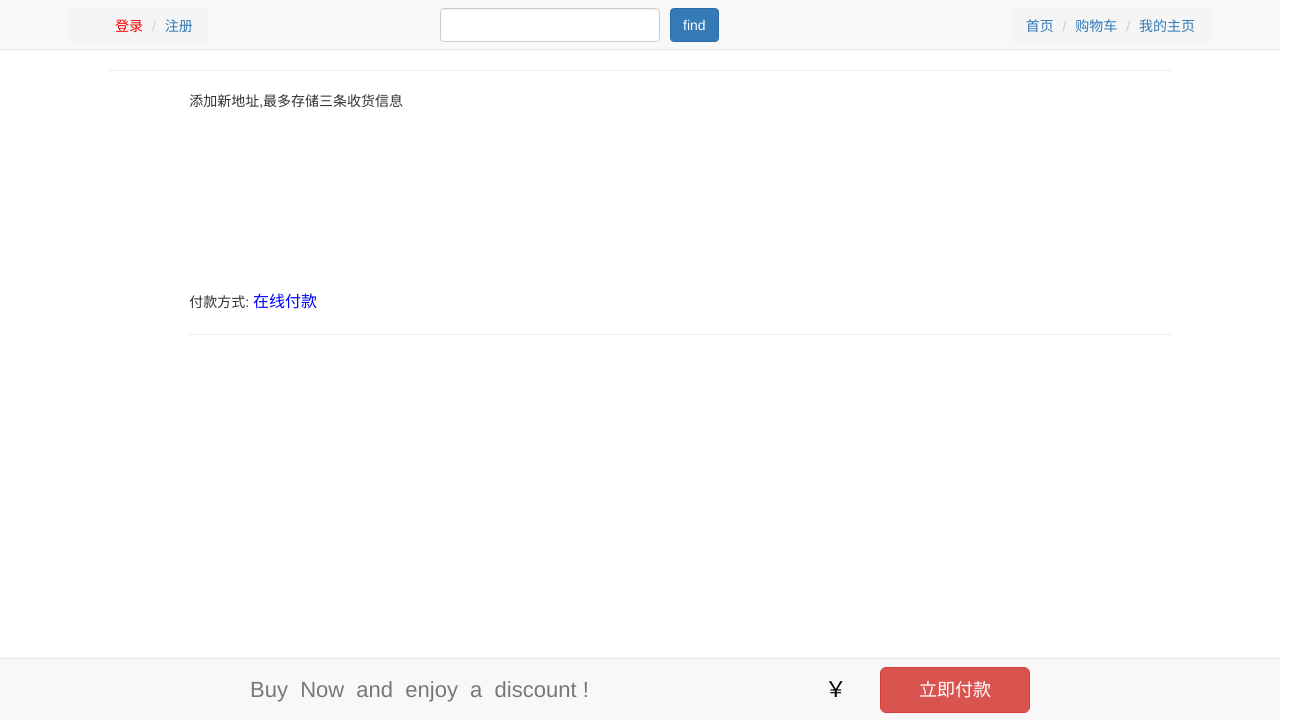
Repository: gaoKuoZqq/ExerciseJavaWebProject
Page: http://localhost/new_mall/WEB-INF/jsp/pay.jsp
An editor plug-in stored every save of this project. The page is shown before and after the next save, followed by the edit.
The browser window is 1280 px wide. The page is 1295 px wide, so the pictures cover 1295 px, including what lies to the right of the window. The pictures show the whole page.
The page is served by Tomcat 9. Nobody is signed in. Other server files are loaded and not shown. The template is opened directly, without the code that normally fills it, so the values that code supplies are empty.

Above is the page before, as saved 2017-10-21 06:54:30.

### new_mall/WebContent/WEB-INF/jsp/pay.jsp
<%@ page language="java" contentType="text/html; charset=utf-8"
    pageEncoding="utf-8"%>
<%@taglib uri="http://java.sun.com/jsp/jstl/core" prefix="c"%>
<%@ taglib uri="http://java.sun.com/jsp/jstl/functions" prefix="fn" %>
<c:set var="ctx" value="${pageContext.request.contextPath}"></c:set>
<!DOCTYPE html PUBLIC "-//W3C//DTD HTML 4.01 Transitional//EN" "http://www.w3.org/TR/html4/loose.dtd">
<html>
<head>
<meta http-equiv="Content-Type" content="text/html; charset=utf-8">
<title>商城首页</title>
</head>
<body style="padding-top: 50px;">
	<jsp:include page="common.jsp" />
	<div class="row">
		<!-- 左侧留出1个格子 -->
		<div class="col-md-1 col-sm-1"></div>
		<!-- 展示区域 开始-->
		<div class="col-md-10 col-sm-10">
			<hr/>
			<!-- 收货地址 -->
			<div style="height:40px; margin-left:80px;">
				<p>添加新地址,最多存储三条收货信息</p>
			</div>
			<div class="row" style="height:160px;width:100%">
			<div class="col-md-2 col-sm-2" ></div>
			<c:forEach items="${shippingsList }" var="shipping" varStatus="status">
			<c:if test="${status.count < 4 }">
				<div class="col-md-3 col-sm-3" style="height:100%;background-color: gray;margin:15px;padding:10px;">
					<div style="height:40%;width:80%">
						<p>${shipping.receiver_name }&nbsp;&nbsp;&nbsp;${shipping.receiver_mobile }</p>
					</div>
					<div style="height:30%;width:80%">
						<p>${shipping.receiver_province }&nbsp;&nbsp;${shipping.receiver_city }&nbsp;&nbsp;${shipping.receiver_district }</p>
					</div>
					<div style="height:30%;width:80%">
						<p>${shipping.receiver_address }</p>
					</div>
				</div>
			</c:if>
			</c:forEach>
			</div>
			<div style="height:50px; margin-left:80px;">
				<p>付款方式: <span style="color:blue;font-size: 16px;">在线付款</span></p>
				<hr/>
			</div>
			<!-- 购物车信息 -->
			<c:forEach items="${cartsList}" var="cart">
				<div class="row" style="height: 150px;" id="cartDiv${cart.id }">
					<div class="col-md-1 col-sm-1"></div>
					<div class="col-md-2 col-sm-2">
						<img src="/pic/${cart.product.main_image }"
							style="height: 150px; width: 100%">
					</div>
					<div class="col-md-3 col-sm-3" style="padding-top: 50px;">
						<a style="display: block; width: 100%;">${cart.product.name }</a>
					</div>
					<div class="col-md-1 col-sm-1"
						style="padding-top: 55px;">
						<p id="price${cart.id }" style="margin: auto;">${cart.product.price }</p>
					</div>
					<div class="col-md-2 col-sm-2" style="padding-top: 55px;">
						<p>￥${cart.quantity }/件</p>
					</div>
					<div class="col-md-2 col-sm-2"
						style="padding-top: 55px;" id="totalPrice${cart.id }">
						共￥${cart.product.price * cart.quantity }</div>
				</div>
				<hr />
			</c:forEach>
		</div>
		<!-- 展示区域 结束-->
		<!-- 右侧留出1个格子 -->
		<div class="col-md-1 col-sm-1"></div>
	</div>
	<!-- 底部的导航条开始 -->
	<nav class="navbar navbar-default navbar-fixed-bottom">
		<div class="container">
			<p class="navbar-text" style="font-size:22px;margin-left:180px;">
				Buy&nbsp;&nbsp;Now&nbsp;&nbsp;and&nbsp;&nbsp;enjoy&nbsp;&nbsp;a&nbsp;&nbsp;discount&nbsp;!
			</p>
			<button onclick="goAddOrder()" type="button" class="btn btn-danger btn-lg"
				style="float:right;margin-right:180px;margin-top:8px;width:150px;">立即付款</button>
			<p id="payment" class="navbar-text" style="font-size:22px; float:right; color:black;">￥${payment }&nbsp;&nbsp;&nbsp;</p>
		</div>
	</nav>
	<!-- 底部的导航条结束 -->
</body>
<script type="text/javascript">
</script>
</html>

### new_mall/WebContent/WEB-INF/jsp/common.jsp
<%@ page language="java" contentType="text/html; charset=utf-8"
    pageEncoding="utf-8"%>
<%@ page import="com.mall.*" %>
<%@page import="java.util.*"%>
<%@taglib uri="http://java.sun.com/jsp/jstl/core" prefix="c"%>
<c:set var="ctx" value="${pageContext.request.contextPath}"></c:set>
<!DOCTYPE html PUBLIC "-//W3C//DTD HTML 4.01 Transitional//EN" "http://www.w3.org/TR/html4/loose.dtd">
<html>
<head>
<meta http-equiv="Content-Type" content="text/html; charset=utf-8">
	<link href="${ctx }/resource/lib/bootstrap.min.css" rel="stylesheet" type="text/css" />
	<script src="${ctx }/resource/lib/jquery-3.2.1.min.js"></script>
	<script src="${ctx }/resource/lib/layer-v3.1.0/layer/layer.js"></script>
	<script src="${ctx }/resource/lib/bootstrap.min.js"></script>
</head>
<body>
	<nav class="navbar navbar-default navbar-fixed-top">
		<div class="container" style="height: 30px; margin: 8px auto 0px;">
			<ol class="breadcrumb" style="margin-top: 7px;  margin: auto; float: left;">
			<c:if test="${empty user }">
				<li style=";margin-left: 30px;"><a style="color:red" href="javaScript:openLogin()">登录</a></li>
				<li><a href="javaScript:openGoAddUser()">注册</a></li>
			</c:if>
			<c:if test="${not empty user }">
				<li><a style="color:red">${user.username }</a></li>
				<li><a href="javaScript:logOut()">注销</a></li>
			</c:if>
			</ol>
			<div style="position:absolute;left:50%;margin-left:-200px">
				<form action="${ctx }/product/find.shtml" method="post">
					<input type="hidden" name="product.category_id" value="${pageBean.product.category_id }"/>
					<input type="text" class="form-control" style="width:220px;float:left;"
						name="product.name" value="${pageBean.product.name }"/>
					<input class="btn btn-primary" type="submit"
						style="float:left;margin-left:10px;" value="find"/>
				</form>
			</div>
			<ol class="breadcrumb" style="margin-top: 7px;  margin: auto; float: right;">
				<li><a href="${ctx }/home/gohome.shtml">首页</a></li>
				<li><a href="${ctx }/cart/gocart.shtml">购物车</a></li>
				<li><a href="#">我的主页</a></li>
			</ol>
		</div>
	</nav>
</body>
<script>
    function openLogin(){
        layer.open({
            type:2,//（iframe层）
            title:'用户登录',
            area: ['350px', '300px'],
            offset: '50px',//只定义top坐标，水平保持居中
            content:"${ctx}/user/gologin.shtml"
        });
    }

    function openGoAddUser(){
        layer.open({
            type:2,//（iframe层）
            title:'用户登录',
            area: ['350px', '550px'],
            offset: '50px',//只定义top坐标，水平保持居中
            content:"${ctx}/user/goadd.shtml"
        });
    }

    function logOut(){
    	$.ajax(
    		"${ctx}/user/logout.shtml",
    	)
    	window.location.reload();
    }
</script>
</html>

Loaded but not shown: new_mall/WebContent/resource/lib/bootstrap.min.css (library); new_mall/WebContent/resource/lib/jquery-3.2.1.min.js (library); new_mall/WebContent/resource/lib/layer-v3.1.0/layer/layer.js (library); new_mall/WebContent/resource/lib/bootstrap.min.js (library); new_mall/WebContent/resource/lib/layer-v3.1.0/layer/theme/default/layer.css (library)

After the next save:
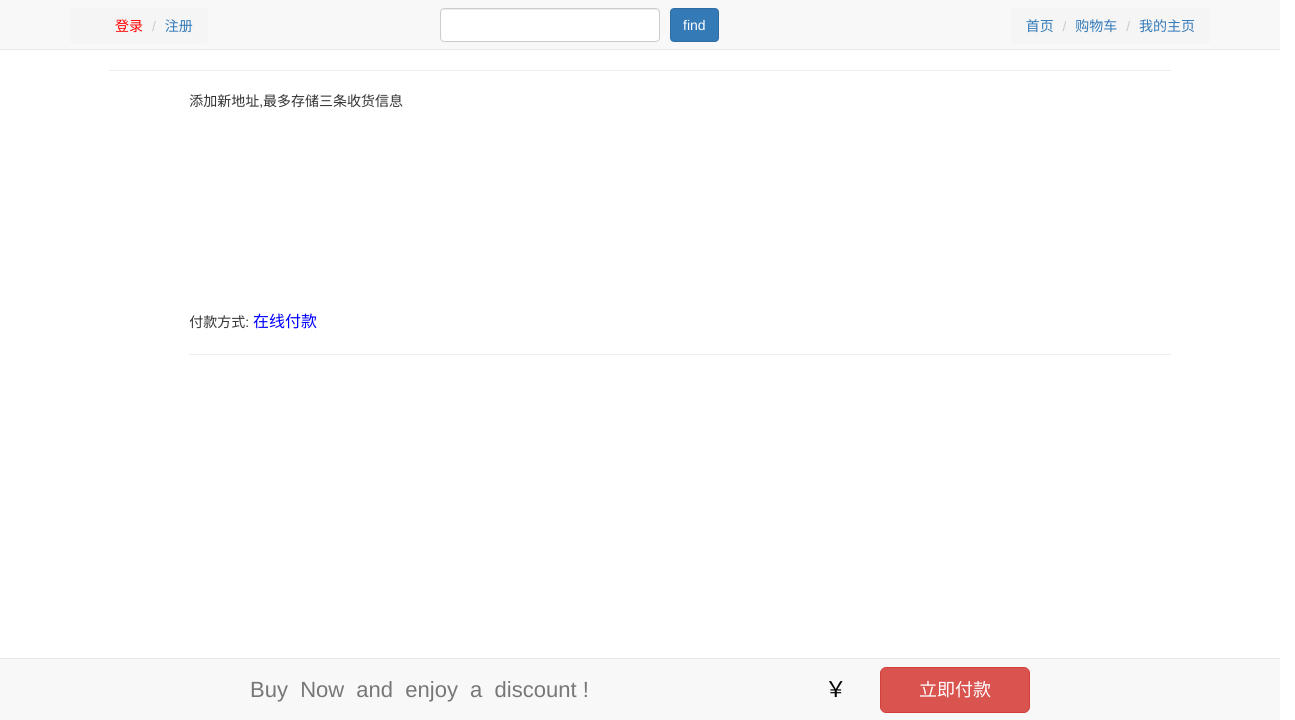
Saved 31 s later.
--- a/new_mall/WebContent/WEB-INF/jsp/pay.jsp
+++ b/new_mall/WebContent/WEB-INF/jsp/pay.jsp
@@ -21,7 +21,7 @@
 			<div style="height:40px; margin-left:80px;">
 				<p>添加新地址,最多存储三条收货信息</p>
 			</div>
-			<div class="row" style="height:160px;width:100%">
+			<div class="row" style="height:180px;width:100%">
 			<div class="col-md-2 col-sm-2" ></div>
 			<c:forEach items="${shippingsList }" var="shipping" varStatus="status">
 			<c:if test="${status.count < 4 }">
